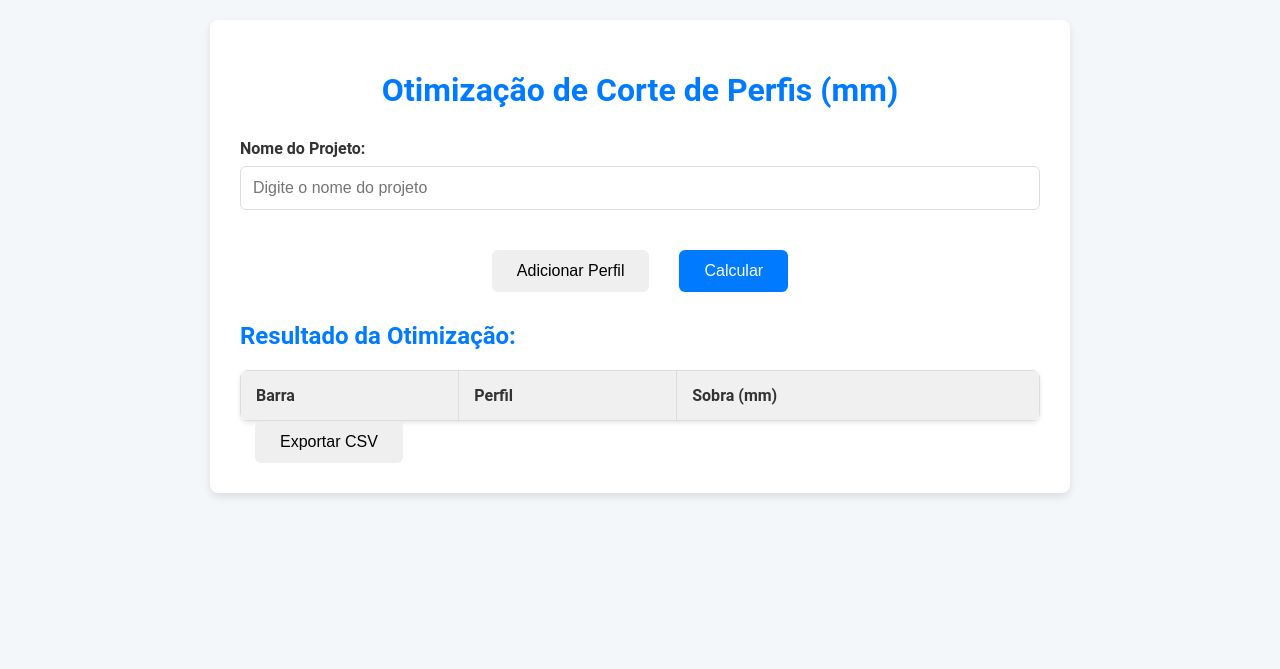
Repository: brianbebop/aqui
Page: index.html
The author's editor kept a copy of each file at every save. The page is drawn from the files as they stood at one save, then again after a run of saves.
The browser window is 1280 px wide. The pictures show the whole page.

Above is the page before, as saved 2025-03-20 22:11:48.

After the next 2 saves:
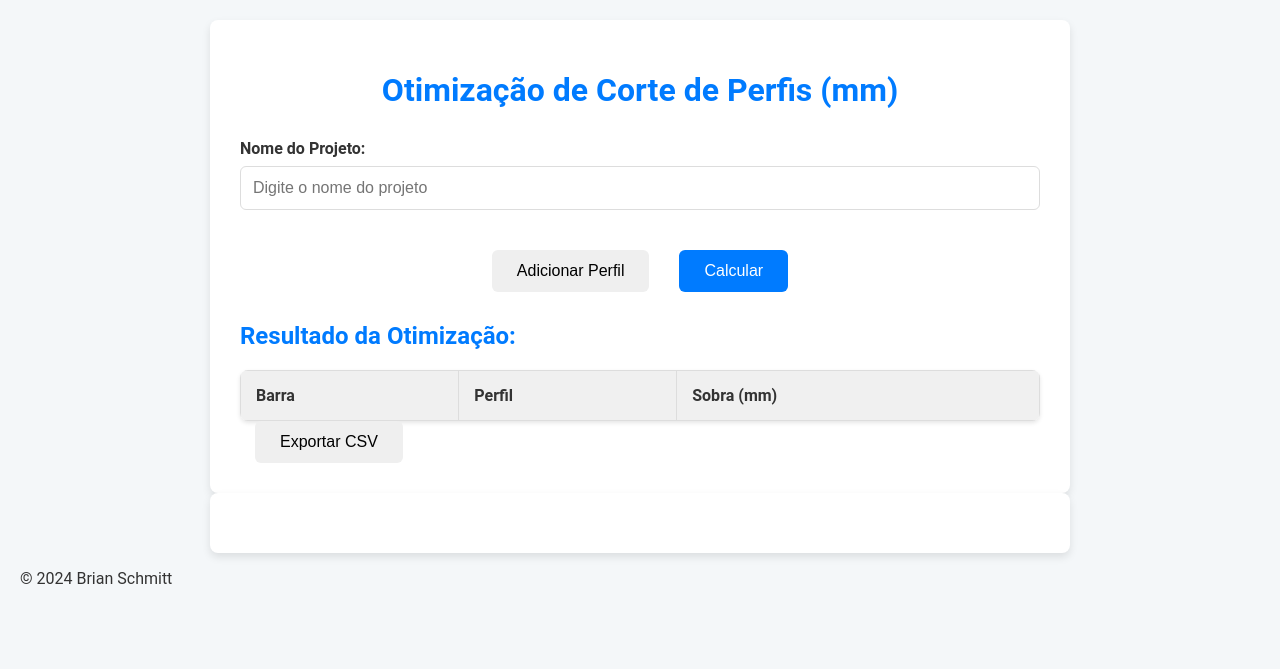
Console error: SyntaxError: Identifier 'perfisDiv' has already been declared
The 2 saves are shown as one change because they came seconds apart.
The last was saved 5 min 18 s later.
--- a/index.html
+++ b/index.html
@@ -35,6 +35,12 @@
             <button id="exportarCSV" class="btn btn-export">Exportar CSV</button>
         </div>
     </div>
+    <div class="container">
+    </div>
+<footer class="footer">
+    <p>&copy; 2024 Brian Schmitt</p>
+</footer>
+<script src="script.js"></script>
     <script src="script.js"></script>
 </body>
 </html>

After the 5 saves that followed:
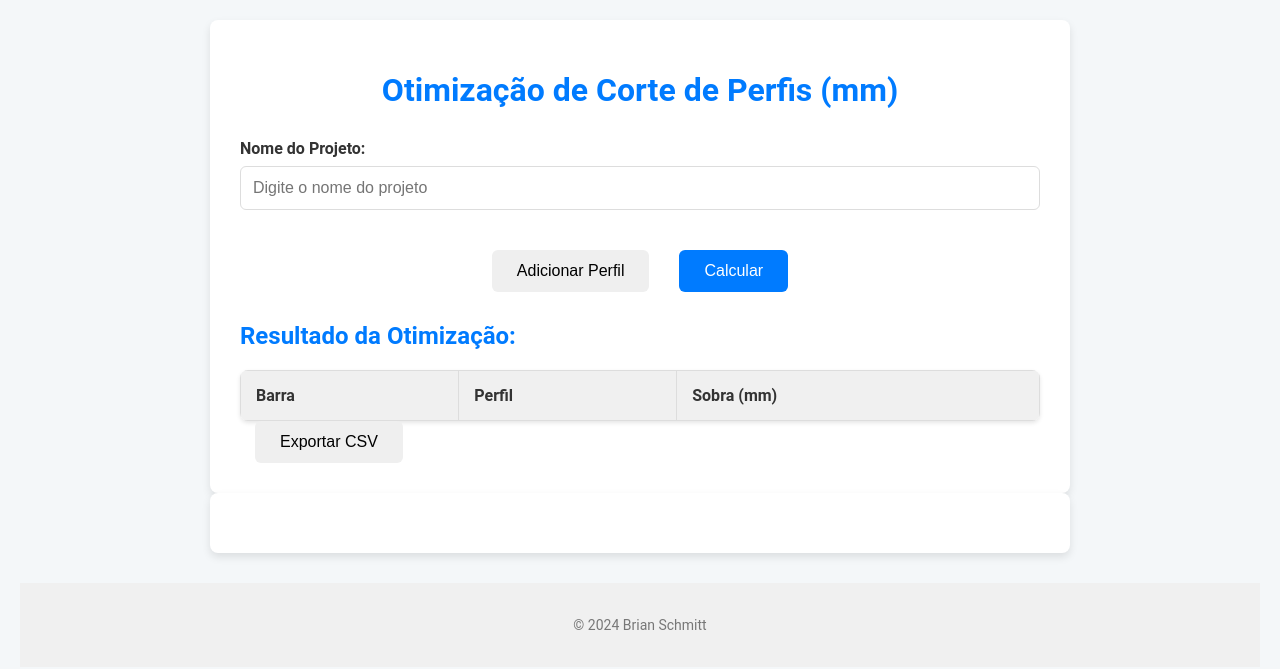
The error is gone.
The 5 saves are shown as one change because 2 left the picture as it was and some came seconds apart.
The last was saved 48 s later.
--- a/index.html
+++ b/index.html
@@ -37,10 +37,10 @@
     </div>
     <div class="container">
     </div>
-<footer class="footer">
-    <p>&copy; 2024 Brian Schmitt</p>
-</footer>
-<script src="script.js"></script>
+    <footer class="footer">
+        <p>&copy; 2024 Brian Schmitt</p>
+    </footer>
+
     <script src="script.js"></script>
 </body>
 </html>
--- a/style.css
+++ b/style.css
@@ -171,3 +171,11 @@ body {
 .remover-perfil:hover {
     background-color: #c2185b; /* Cor de fundo mais escura no hover */
 }
+.footer {
+    text-align: center;
+    padding: 20px;
+    background-color: #f0f0f0;
+    margin-top: 30px;
+    font-size: 14px;
+    color: #777;
+}
